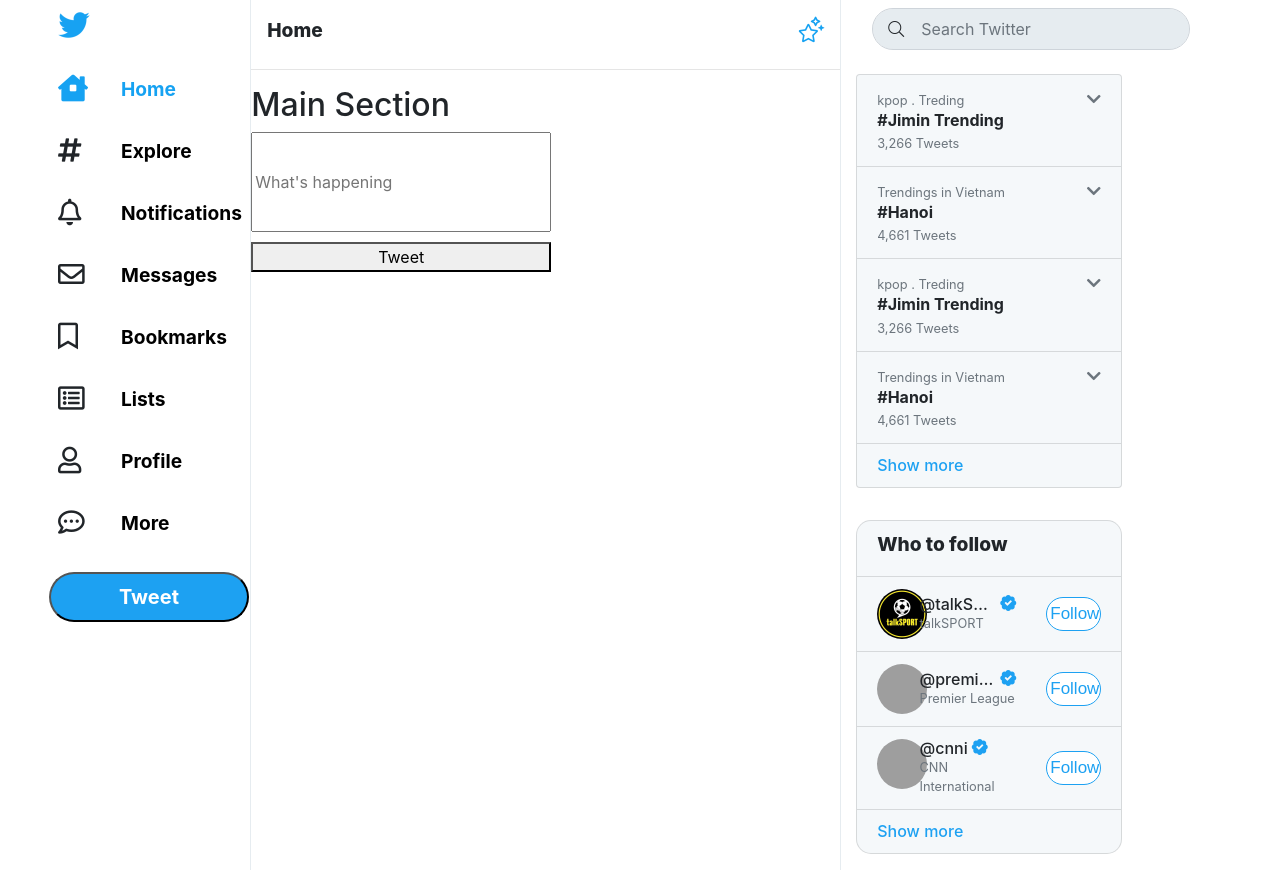
Repository: tts2610/Twitter-clone
Page: index.html
These files come from the project's save history. The page is drawn as it stood at one moment and after the next save; the edit follows.
The browser window is 1280 px wide. The pictures show the whole page.
Pictures or frames that could not be fetched are drawn as grey boxes.

Above is the page before, as saved 2020-05-23 15:09:42.

### index.html
<!DOCTYPE html>
<html lang="en">

<head>
    <meta charset="UTF-8">
    <!-- <meta name="viewport" content="width=device-width, initial-scale=1.0"> -->
    <title>Document</title>
    <link rel="stylesheet" href="css/style.css">
    <!-- Latest compiled and minified CSS -->
    <link rel="stylesheet" href="https://maxcdn.bootstrapcdn.com/bootstrap/4.5.0/css/bootstrap.min.css">

    <!-- jQuery library -->
    <script src="https://ajax.googleapis.com/ajax/libs/jquery/3.5.1/jquery.min.js"></script>

    <!-- Popper JS -->
    <script src="https://cdnjs.cloudflare.com/ajax/libs/popper.js/1.16.0/umd/popper.min.js"></script>

    <!-- Latest compiled JavaScript -->
    <script src="https://maxcdn.bootstrapcdn.com/bootstrap/4.5.0/js/bootstrap.min.js"></script>

    <!-- <link rel="stylesheet" crossorigin="anonymous" href="https://use.fontawesome.com/releases/v5.6.3/css/all.css" integrity="sha384-UHRtZLI+pbxtHCWp1t77Bi1L4ZtiqrqD80Kn4Z8NTSRyMA2Fd33n5dQ8lWUE00s/" /> -->
    <link rel="stylesheet" href="css/all.css">

</head>


<body>
    <div class="container">
        <div class="row">
            <div class="col-3-sm">
                <div class="row">
                    <div class="col"><img src="/img/twt-logo1.png" alt="twitter-logo" width="50" height="50"></div>
                </div>
                <div class="row my-3">
                    <div id="outerMenuContainer" style="color: #16a2f2;">
                        <div class="col-2 mr-4 py-2 px-4" style="font-size: 20px;"><i class="fas fa-house fa-lg"></i></div>
                        <div class="col-10 py-2" style="margin-right: 0px;padding-right: 0px;font-weight: 700;font-size: larger;"> <a href="#Home" style="color: #16a2f2;">Home</a></div>
                    </div>

                </div>
                <div class="row my-3">
                    <div id="outerMenuContainer">
                        <div class="col-2 mr-4 py-2 px-4" style="font-size: 20px;"><i class="fas fa-hashtag fa-lg"></i></div>
                        <div class="col-10" style="margin-right: 0px;padding-right: 0px;font-weight: 700;font-size: larger;"><a href="#services">Explore</a></div>

                    </div>
                </div>
                <div class="row my-3">
                    <div id="outerMenuContainer">
                        <div class="col-2 mr-4 py-2 px-4" style="font-size: 20px;"><i class="far fa-bell fa-lg"></i></div>
                        <div class="col-10" style="margin-right: 0px;padding-right: 0px;font-weight: 700;font-size: larger;"><a href="#clients">Notifications</a></div>

                    </div>
                </div>
                <div class="row my-3">
                    <div id="outerMenuContainer">
                        <div class="col-2 mr-4 py-2 px-4" style="font-size: 20px;"><i class="far fa-envelope fa-lg"></i></div>
                        <div class="col-10" style="margin-right: 0px;padding-right: 0px;font-weight: 700;font-size: larger;"><a href="#contact">Messages</a></div>
                    </div>
                </div>
                <div class="row my-3">
                    <div id="outerMenuContainer">
                        <div class="col-2 mr-4 py-2 px-4" style="font-size: 20px;"><i class="far fa-bookmark fa-lg"></i></div>
                        <div class="col-10" style="margin-right: 0px;padding-right: 0px;font-weight: 700;font-size: larger;"><a href="#clients">Bookmarks</a></div>
                    </div>
                </div>
                <div class="row my-3">
                    <div id="outerMenuContainer">
                        <div class="col-2 mr-4 py-2 px-4" style="font-size: 20px;"><i class="far fa-list-alt fa-lg"></i></div>
                        <div class="col-10" style="margin-right: 0px;padding-right: 0px;font-weight: 700;font-size: larger;"><a href="#contact">Lists</a></div>
                    </div>
                </div>
                <div class="row my-3">
                    <div id="outerMenuContainer">
                        <div class="col-2 mr-4 py-2 px-4" style="font-size: 20px;"><i class="far fa-user fa-lg"></i></div>
                        <div class="col-10" style="margin-right: 0px;padding-right: 0px;font-weight: 700;font-size: larger;"><a href="#clients">Profile</a></div>
                    </div>
                </div>
                <div class="row my-3">
                    <div id="outerMenuContainer">
                        <div class="col-2 mr-4 py-2 px-4" style="font-size: 20px;"><i class="far fa-comment-dots fa-lg"></i></div>
                        <div class="col-10" style="margin-right: 0px;padding-right: 0px;font-weight: 700;font-size: larger;"><a href="#contact">More</a></div>
                    </div>
                </div>
                <div class="row my-3">
                    <div class="col"><button class="tweetbtn" href="#">Tweet</button></div>
                </div>
            </div>

            <div class="col-6" style="border-right: #e6ecf0 solid 1px; border-left: #e6ecf0 solid 1px; padding-left: 0px; padding-right: 0px;">
                <nav class="navbar sticky-top navbar-light my-2" id="leftNav">
                    <span>Home</span>
                    <span style="color: #16a2f2;"><i class="fal fa-stars fa-lg"></i></span>
                </nav>
                <hr/>
                <div>
                    <h2>Main Section</h2>
                    <input type="text" id="tweetArea" placeholder="What's happening">
                    <button id="tweetBtn" onclick="post()">Tweet</button>
                    <span id="remain"></span>
                    <div id="content" class="mt-5">
                    </div>



                </div>
            </div>

            <div class="col-3">
                <nav class="navbar sticky-top navbar-light" id="rightNav">
                    <span style="position: absolute;z-index: 100;"><i class="fal fa-search ml-3"></i></span>
                    <div><input class="form-control mr-sm-2 pl-5" type="search" placeholder="Search Twitter" aria-label="Search" id="search"></div>
                </nav>
                <div id="trendings" class="py-3">
                    <ul class="list-group mb-3">
                        <!-- <li class="list-group-item d-flex justify-content-between lh-condensed header" style="border-radius: 15px 15px 0px 0px;" id="trendingHeader">
                            <div>
                                <div class="trends-header">Trends for you</div>
                            </div>
                            <span class="text-muted"><i class="fal fa-cog" style="COLOR: rgba(29,161,242,1.00); font-size: larger;"></i></span>
                        </li> -->
                        <li class="list-group-item d-flex justify-content-between lh-condensed content" id="trending1">
                            <div>
                                <small class="text-muted">Trendings in Vietnam</small>
                                <h6 class="my-0 hashtag">#Hanoi</h6>
                                <small class="text-muted">4,661 Tweets</small>
                            </div>
                            <span class="text-muted"><i class="fas fa-chevron-down"></i></span>
                        </li>
                        <li class="list-group-item d-flex justify-content-between lh-condensed content" id="trending2">
                            <div>
                                <small class="text-muted">kpop . Treding</small>
                                <h6 class="my-0 hashtag">#Jimin Trending</h6>
                                <small class="text-muted">3,266 Tweets</small>
                            </div>
                            <span class="text-muted"><i class="fas fa-chevron-down"></i></span>
                        </li>
                        <li class="list-group-item d-flex justify-content-between lh-condensed content" id="trending3">
                            <div>
                                <small class="text-muted">Trendings in Vietnam</small>
                                <h6 class="my-0 hashtag">#Hanoi</h6>
                                <small class="text-muted">4,661 Tweets</small>
                            </div>
                            <span class="text-muted"><i class="fas fa-chevron-down"></i></span>
                        </li>
                        <li class="list-group-item d-flex justify-content-between lh-condensed content" id="trending4">
                            <div>
                                <small class="text-muted">kpop . Treding</small>
                                <h6 class="my-0 hashtag">#Jimin Trending</h6>
                                <small class="text-muted">3,266 Tweets</small>
                            </div>
                            <span class="text-muted"><i class="fas fa-chevron-down"></i></span>
                        </li>
                        <li class="list-group-item d-flex justify-content-between lh-condensed content" style="border-radius: 0px 0px 15px 15px">
                            <div>
                                <h6 class="my-0"><a href="#" style="COLOR: rgba(29,161,242,1.00); text-decoration: none;">Show more</a></h6>
                            </div>
                        </li>
                    </ul>
                </div>

                <div id="whoToFollow" class="">
                    <ul class="list-group mb-3">
                        <li class="list-group-item d-flex justify-content-between lh-condensed" style="border-radius: 15px 15px 0px 0px;">
                            <div>
                                <h5 class="whoToFollow-header">Who to follow</h5>
                            </div>
                        </li>
                        <li class="list-group-item content">
                            <div class="row">
                                <div class="col-2">
                                    <img src="img/profileImages/talkSport.jpg" id="moreToFollowImg" alt="Avatar">
                                </div>
                                <div class="col-6">
                                    <div style="display: flex;">
                                        <h6 class="my-0 hashtag">@talkSPORT</h6>
                                        <i class="ml-1 fas fa-badge-check"></i>
                                    </div>

                                    <small class="text-muted">talkSPORT</small>

                                </div>
                                <div class="col-4">
                                    <a href="#" class="followBtn">Follow</a>
                                </div>
                            </div>
                        </li>
                        <li class="list-group-item content">
                            <div class="row">
                                <div class="col-2">
                                    <img src="https://d3pc1xvrcw35tl.cloudfront.net/ln/feedImages/643x481/bwpUoL-J_400x400_ckOpi7f_4RVQqqi_ZPjpFJN_cnPYP1e_202004.jpg" id="moreToFollowImg" alt="Avatar">
                                </div>
                                <div class="col-6">
                                    <div style="display: flex;">
                                        <h6 class="my-0 hashtag">@premierleague</h6>
                                        <i class="ml-1 fas fa-badge-check"></i>
                                    </div>

                                    <small class="text-muted">Premier League</small>

                                </div>
                                <div class="col-4">
                                    <a href="#" class="followBtn">Follow</a>
                                </div>
                            </div>
                        </li>
                        <li class="list-group-item content">
                            <div class="row">
                                <div class="col-2">
                                    <img src="https://upload.wikimedia.org/wikipedia/commons/thumb/6/66/CNN_International_logo.svg/1200px-CNN_International_logo.svg.png" id="moreToFollowImg" alt="Avatar">
                                </div>
                                <div class="col-6">
                                    <div style="display: flex;">
                                        <h6 class="my-0 hashtag">@cnni</h6>
                                        <i class="ml-1 fas fa-badge-check"></i>
                                    </div>

                                    <small class="text-muted">CNN International</small>

                                </div>
                                <div class="col-4">
                                    <a href="#" class="followBtn">Follow</a>
                                </div>
                            </div>
                        </li>
                        <li class="list-group-item d-flex justify-content-between lh-condensed content" style="border-radius: 0px 0px 15px 15px">
                            <div>
                                <h6 class="my-0"><a href="#" style="COLOR: rgba(29,161,242,1.00); text-decoration: none;">Show more</a></h6>
                            </div>
                        </li>
                    </ul>
                </div>
            </div>
        </div>

        <!-- <nav class="navbar sticky-top navbar-expand-lg navbar-light bg-light">
                <a class="navbar-brand" href="#">Navbar</a>
                <button class="navbar-toggler" type="button" data-toggle="collapse" data-target="#navbarSupportedContent" aria-controls="navbarSupportedContent" aria-expanded="false" aria-label="Toggle navigation">
                  <span class="navbar-toggler-icon"></span>
                </button>

                <div class="collapse navbar-collapse" id="navbarSupportedContent">
                    <ul class="navbar-nav mr-auto">
                    </ul>
                    <form class="form-inline my-2 my-lg-0">
                        <input class="form-control mr-sm-2" type="search" placeholder="Search" aria-label="Search">
                        <button class="btn btn-outline-success my-2 my-sm-0" type="submit">Search</button>
                    </form>
                </div>
            </nav> -->
        <!-- <div class="column2">

        </div>

        <div class="column3">

        </div> -->


        <!-- END COL-3 -->
    </div>

    <script src="js/script.js"></script>
    <script src="js/moment.js"></script>
</body>

</html>

### css/style.css
* {
    box-sizing: border-box;
}

body {
    font-family: “Helvetica Neue”, Helvetica, Arial, sans-serif;
}

body .container {
    max-width: 90%;
    padding-left: 0px;
    padding-right: 0px;
}


/* .container {
    width: 60%;
} */

#leftNav {
    display: flex;
    justify-content: space-between;
    font-size: larger;
    font-weight: 800;
    background-color: white;
}

#rightNav {
    width: 100%;
    background-color: white;
}

#rightNav .input-group-prepend {
    background-color: white !important;
    color: white !important;
}

#search {
    border-radius: 30px;
    height: 10px;
    padding: 20px;
    position: relative;
    width: 318px;
    background-color: #e6ecf0;
}

.sidenav {
    height: 100%;
    position: fixed;
    z-index: 1;
    top: 0;
    left: 0;
    background-color: rgb(255, 255, 255);
    overflow-x: hidden;
    padding-top: 20px;
    border-right: 1px solid lightgrey;
}

.sidenav a {
    text-decoration: none;
    font-size: 25px;
    color: #000000;
    display: block;
    font-family: system-ui, -apple-system, BlinkMacSystemFont, "Segoe UI", Roboto, Ubuntu, "Helvetica Neue", sans-serif;
    ;
    margin: 5px;
    margin-bottom: 10px;
}

.sidenav a:hover {
    color: #16afdd;
}

.main {
    margin-left: 160px;
    /* Same as the width of the sidenav /
    font-size: 28px; / Increased text to enable scrolling */
    padding: 0px 10px;
}

@media screen and (max-height: 450px) {
    .sidenav {
        padding-top: 15px;
    }
    .sidenav a {
        font-size: 18px;
    }
}

.tweetbtn {
    height: 50px;
    width: 200px;
    border-radius: 40px;
    background-color: rgb(29, 161, 242);
    color: white;
    font-weight: bolder;
    font-size: 20px;
    cursor: pointer;
    margin-left: 0px;
    margin-top: 10px;
}

.tweetbtn:hover {
    background-color: rgba(26, 145, 218);
}

.home {
    display: flex;
}

.explore {
    display: flex;
}

.notifications {
    display: flex;
}

.messages {
    display: flex;
}

.bookmarks {
    display: flex;
}

.lists {
    display: flex;
}

.profile {
    display: flex;
}

.more {
    display: flex;
}


/* Clear floats after the columns */

.row:after {
    content: "";
    display: table;
    clear: both;
}

tr {
    text-align: center;
}

#tweetArea {
    width: 300px;
    height: 100px
}

#tweetBtn {
    margin-top: 10px;
    width: 300px;
}


/* #trendings {
    background-color: #f5f8fa;
} */

#trendings .list-group-item {
    background-color: #f5f8fa;
}

#trendings .content {
    cursor: pointer;
}

#trendings .trends-header {
    font-weight: 800;
    font-size: larger;
}

#trendings .content:hover {
    filter: brightness(97%)
}

#trendings ul li .hashtag {
    font-weight: 700;
}

#moreToFollowImg {
    border-radius: 50%;
    width: 50px;
    height: 50px;
}

.fa-badge-check {
    color: rgba(29, 161, 242, 1.00);
}

.followBtn {
    -webkit-border-radius: 20px;
    -moz-border-radius: 20px;
    border-radius: 25px;
    color: #1DA1F2;
    font-family: Arial;
    font-size: 17px;
    font-weight: 200;
    padding: 3px;
    background-color: #FFFFFF;
    border: solid #1DA1F2 1px;
    text-decoration: none;
    /* display: inline-block; */
    cursor: pointer;
    text-align: center;
}

.followBtn:hover {
    color: #1DA1F2;
    background: #CFE7F6;
    border-radius: 25px;
    text-decoration: none;
    opacity: 0.7;
}

#whoToFollow .list-group-item {
    background-color: #f5f8fa;
}

#whoToFollow .content {
    cursor: pointer;
}

#whoToFollow .content:hover {
    filter: brightness(97%)
}

#whoToFollow .row .col-6 {
    display: flex;
    flex-direction: column;
    justify-content: center;
}

#whoToFollow .row .col-6 .hashtag {
    text-overflow: ellipsis;
    white-space: nowrap;
    overflow: hidden;
}

#whoToFollow .row .col-4 {
    display: flex;
    flex-direction: column;
    justify-content: center;
}

#whoToFollow .whoToFollow-header {
    font-weight: 800;
    font-size: larger;
}

h6 {
    font-weight: 700;
}

#content .functionBar {
    display: flex;
    justify-content: space-between;
}

#content .row {
    padding: 30px;
    border: 1px solid lightgrey;
}

#content .row div {
    margin-top: 4px;
}

#outerMenuContainer {
    display: flex;
    flex-direction: row;
    align-items: center;
    width: max-content;
}

#outerMenuContainer:hover {
    color: #1DA1F2 !important;
    background: #CFE7F6;
    border-radius: 25px;
    text-decoration: none;
    opacity: 0.7;
    /* padding: 5px 0px 5px 3px;
    width: max-content; */
}

#outerMenuContainer:hover a {
    color: #1DA1F2 !important;
}

#outerMenuContainer a {
    text-decoration: none;
    color: black;
}

Loaded but not shown: css/all.css (library); js/moment.js (library); js/script.js (178 lines, source omitted)

After the next save:
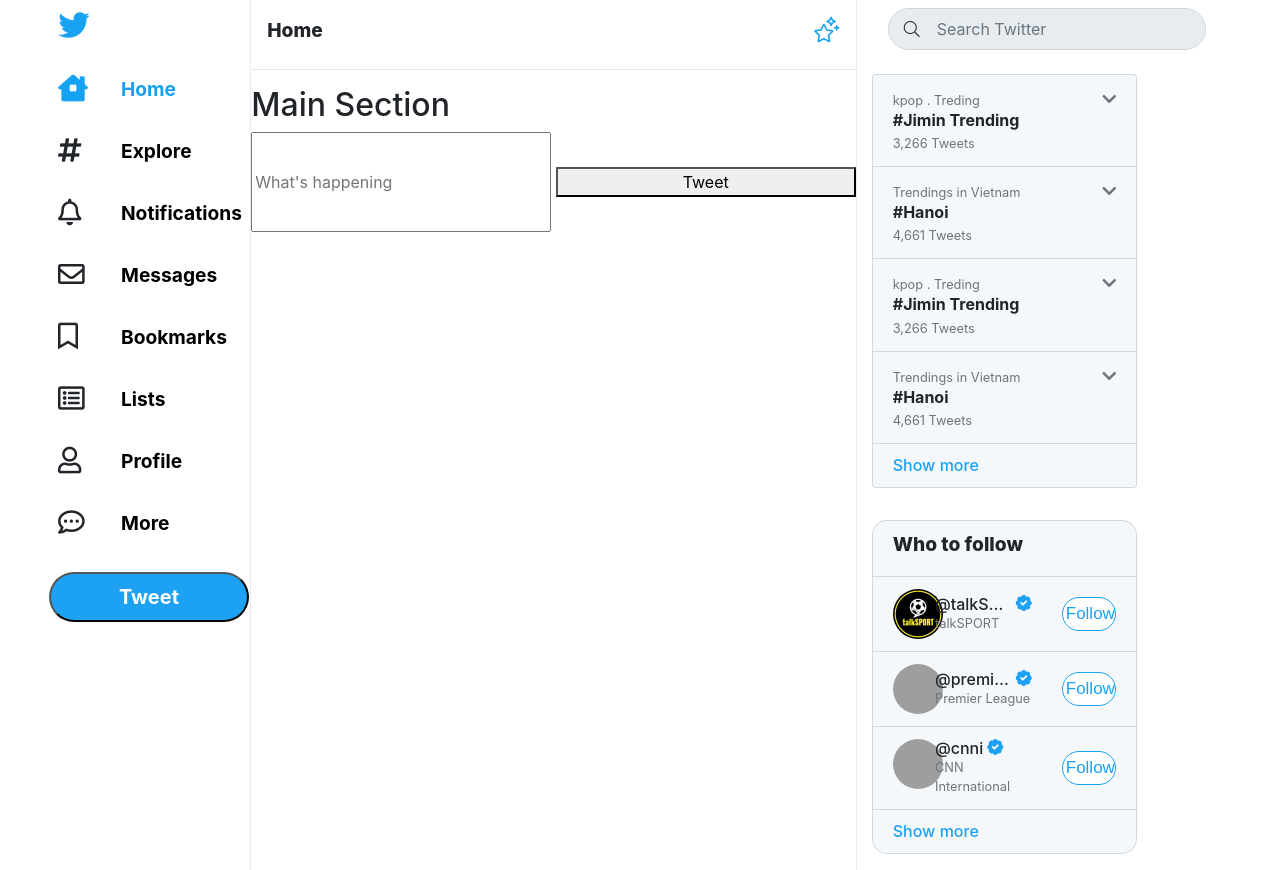
Saved 13 s later.
--- a/index.html
+++ b/index.html
@@ -87,7 +87,7 @@
                 </div>
             </div>
 
-            <div class="col-6" style="border-right: #e6ecf0 solid 1px; border-left: #e6ecf0 solid 1px; padding-left: 0px; padding-right: 0px;">
+            <div class="col-6-sm" style="border-right: #e6ecf0 solid 1px; border-left: #e6ecf0 solid 1px; padding-left: 0px; padding-right: 0px;">
                 <nav class="navbar sticky-top navbar-light my-2" id="leftNav">
                     <span>Home</span>
                     <span style="color: #16a2f2;"><i class="fal fa-stars fa-lg"></i></span>
